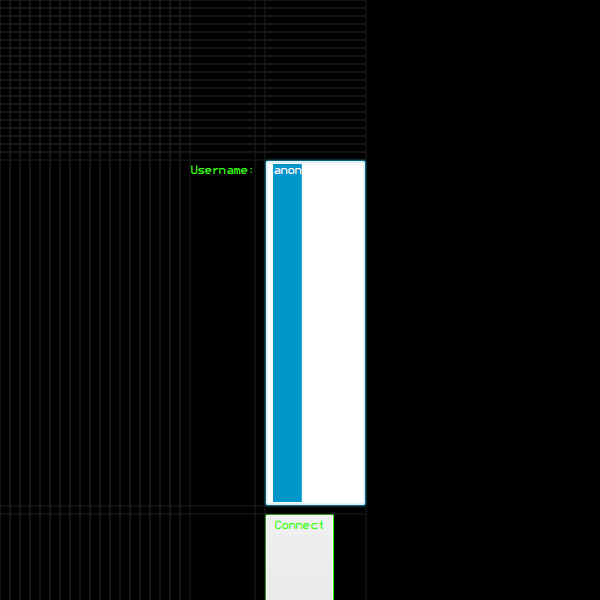
Repository: silic4-ivey/River
Program's window: java RiverClient/src/Main.java
These files come from the project's save history. The program's window is drawn as it stood at one moment and after the next save; the edit follows.
It runs on Java 21 on a 1366 x 768 screen with JavaFX 11; the title bar is not drawn. It also reads RiverClient/resources/fonts/Modeseven-L3n5.ttf.

Above is the program's window before, as saved 2021-08-16 19:03:34.

After the next save:
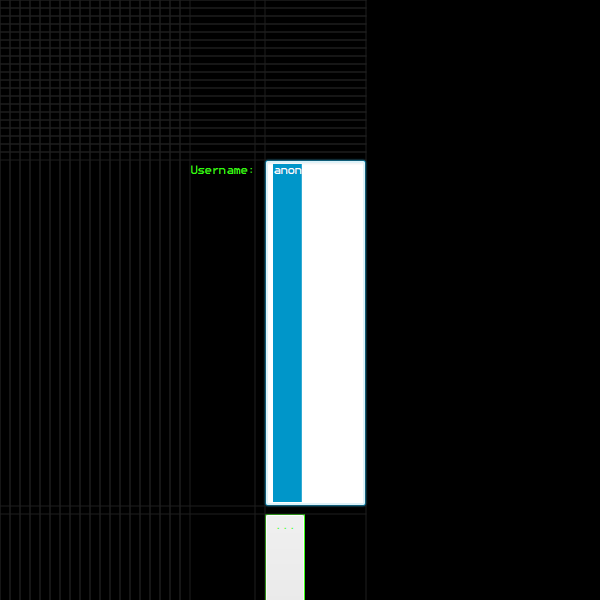
Saved 68 s later.
--- a/RiverClient/src/MainUI.java
+++ b/RiverClient/src/MainUI.java
@@ -60,6 +60,8 @@
 		connectButton.setTextFill(Color.web("#39ff14"));
 		connectButton.setStyle("-fx-background-color: black");
 		connectButton.setStyle("-fx-border-color: #39ff14");
+
+		connectButton.setMaxSize(15, 15);
 
 
 		GridPane layout1 = new GridPane();
